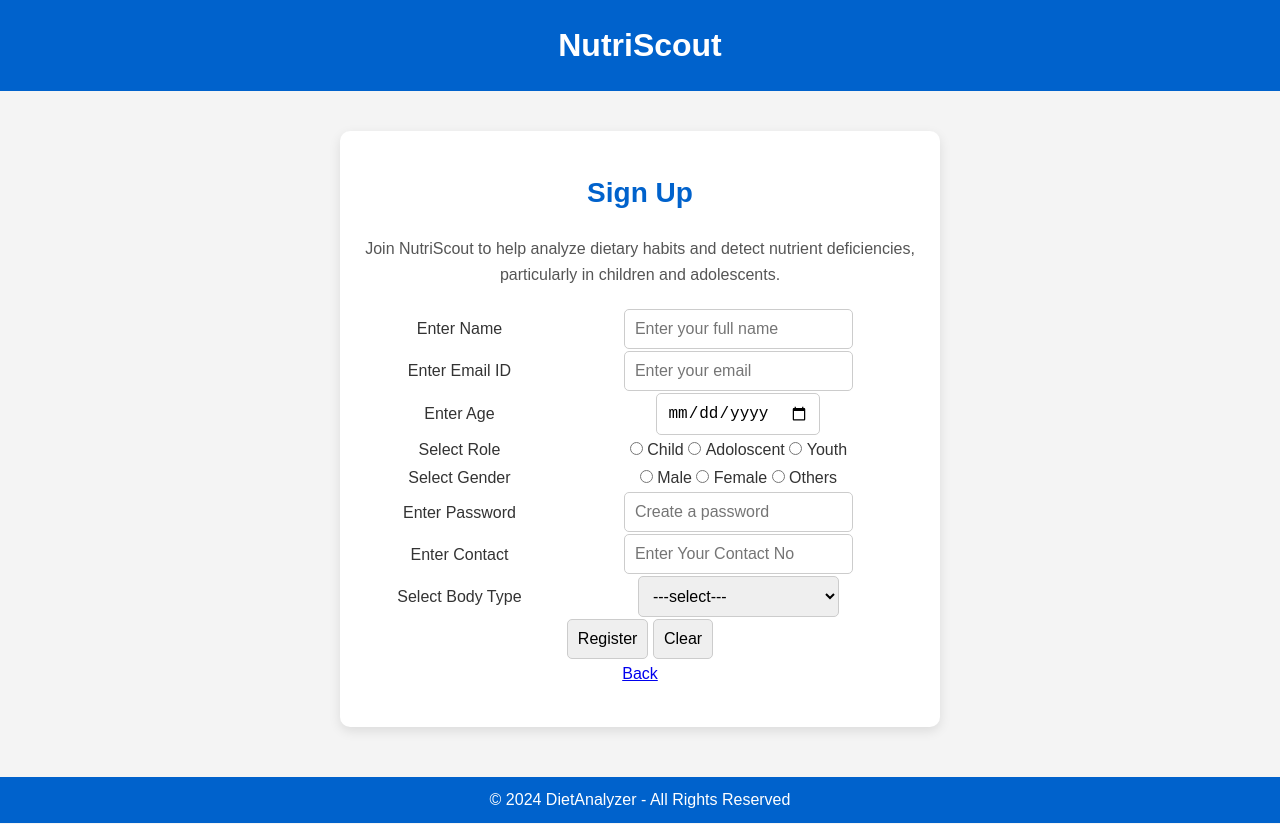
Repository: chaitanyasivathmika/NutrientDiet
Page: http://localhost/NutrientDiet/userreg.jsp
These files come from the project's save history. The page is drawn as it stood at one moment and after the next save; the edit follows.
The browser window is 1280 px wide. The pictures show the whole page.
The page is served by Tomcat 10.

Above is the page before, as saved 2024-11-15 16:27:12.

After the next save:
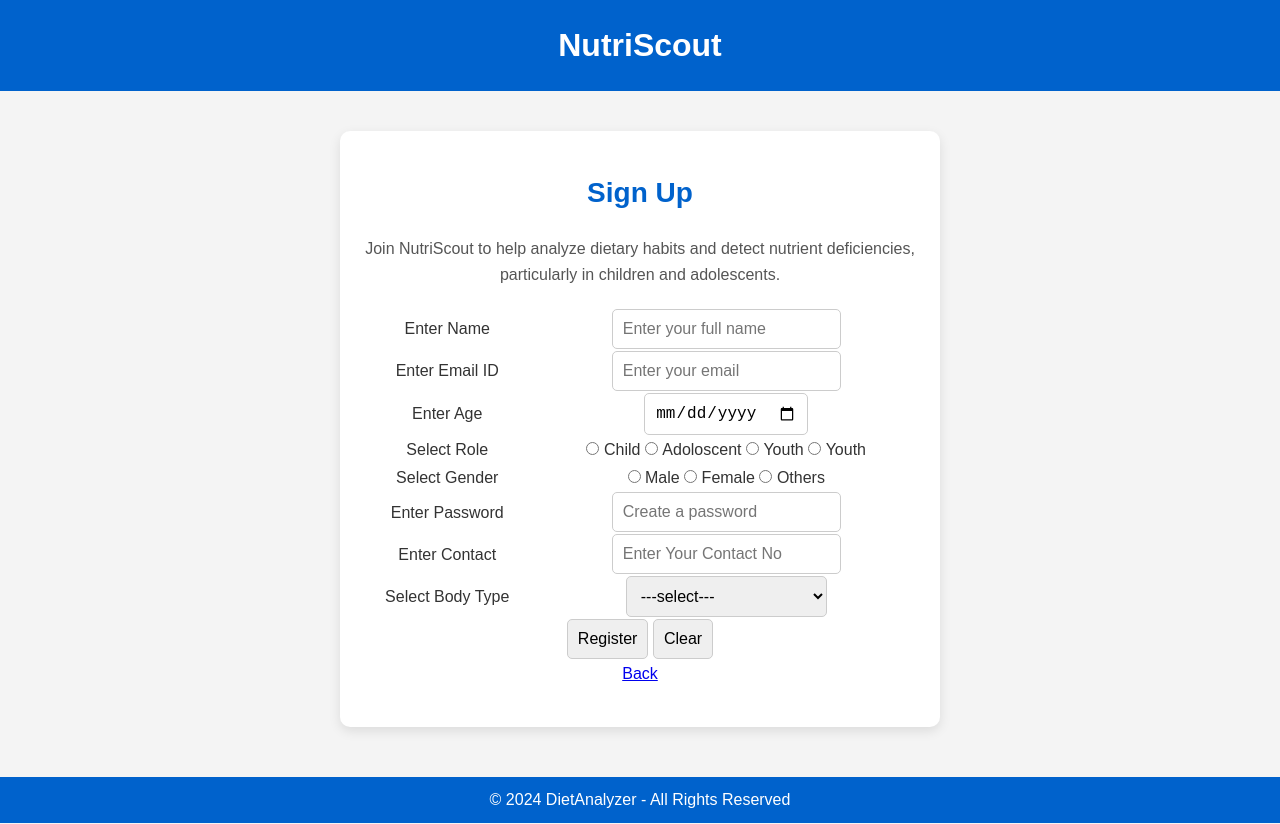
Saved 7 s later.
--- a/NutrientDiet/src/main/webapp/userreg.jsp
+++ b/NutrientDiet/src/main/webapp/userreg.jsp
@@ -159,6 +159,8 @@ footer {
                         <label for="child">Child</label>
                         <input type="radio" id="adoloscent" name="urole" value="adoloscent"   required/>
                         <label for="adoloscent">Adoloscent</label>
+                        <input type="radio" id="youth" name="urole" value="youth"   required/>
+                        <label for="youth">Youth</label>
                         <input type="radio" id="youth" name="urole" value="youth"   required/>
                         <label for="youth">Youth</label>
                     </td>
